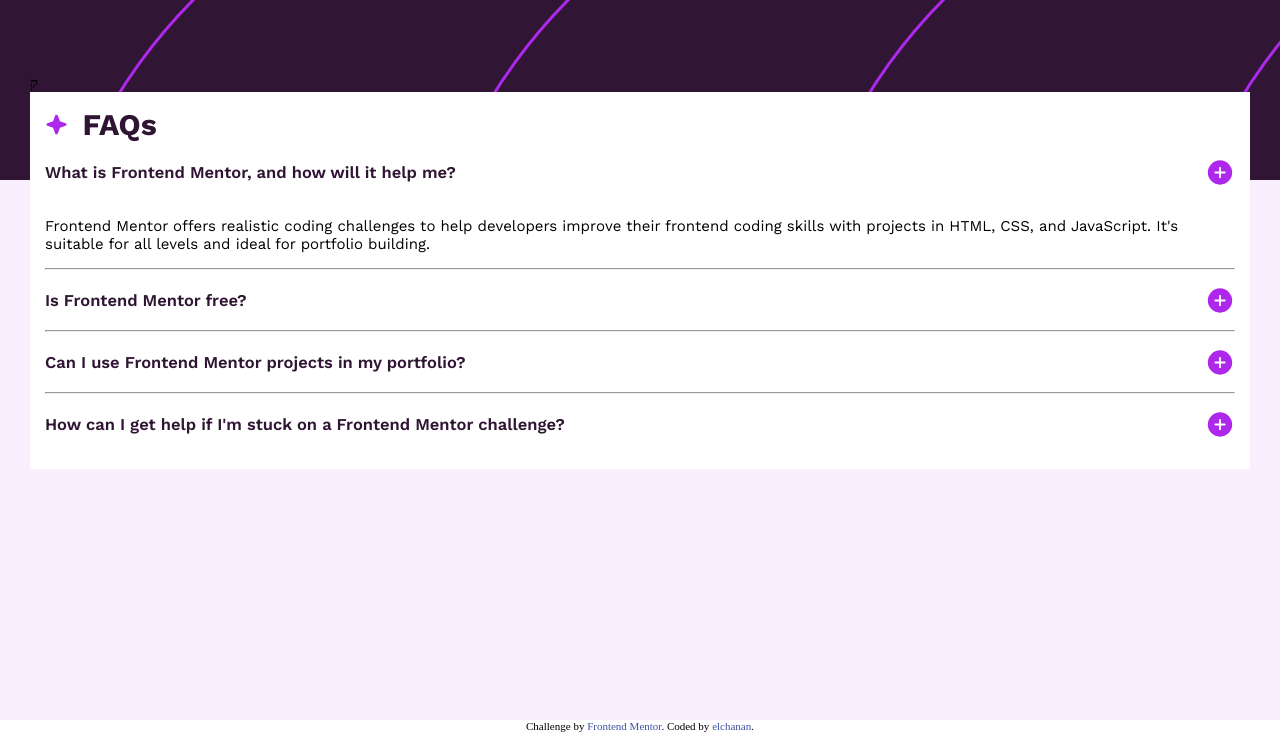
Repository: elchananChen/frontend-mentor-projects
Page: 2024/10/faQs/index.html
These files come from the project's save history. The page is drawn as it stood at one moment and after the next save; the edit follows.
The browser window is 1280 px wide. The pictures show the whole page.

Above is the page before, as saved 2024-10-15 19:22:56.

After the next save:
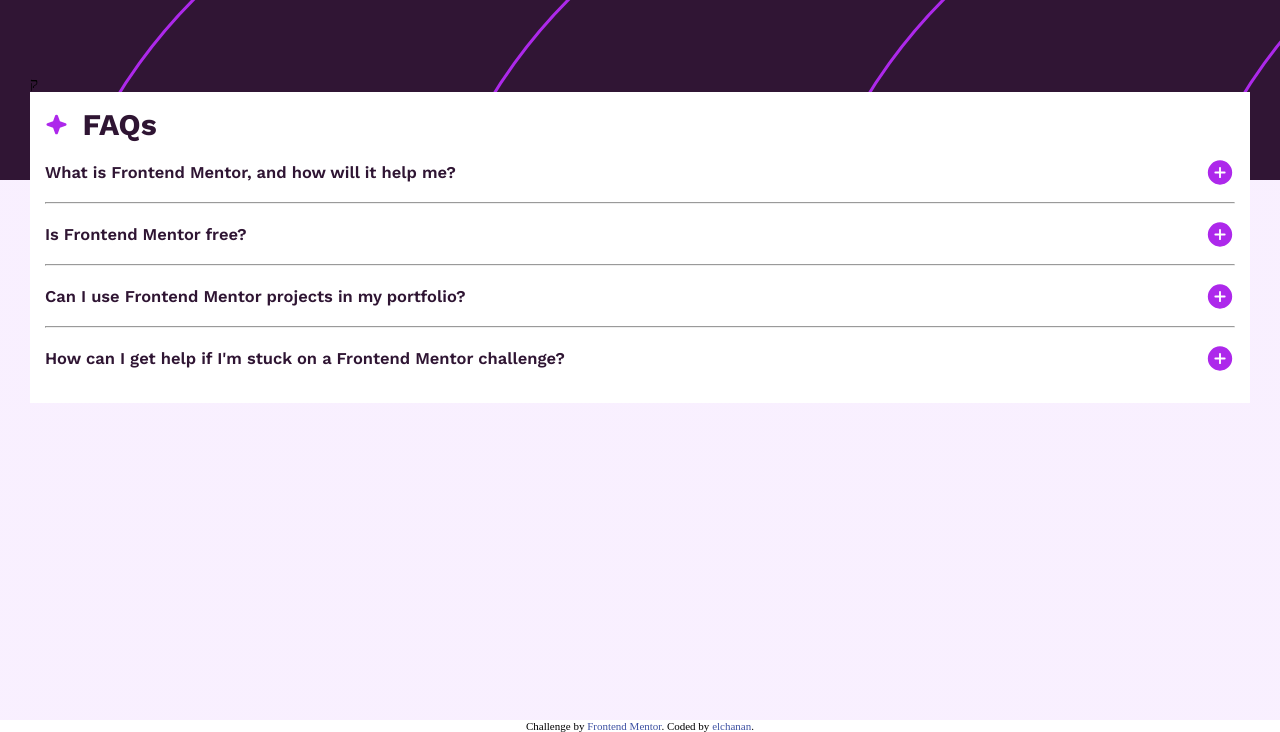
Saved 19 s later.
--- a/2024/10/faQs/index.html
+++ b/2024/10/faQs/index.html
@@ -54,7 +54,7 @@
                 </div>
               </div>
             </div>
-            <p class="p">
+            <p class="p hidden">
               Frontend Mentor offers realistic coding challenges to help
               developers improve their frontend coding skills with projects in
               HTML, CSS, and JavaScript. It's suitable for all levels and ideal

After the 5 saves that followed:
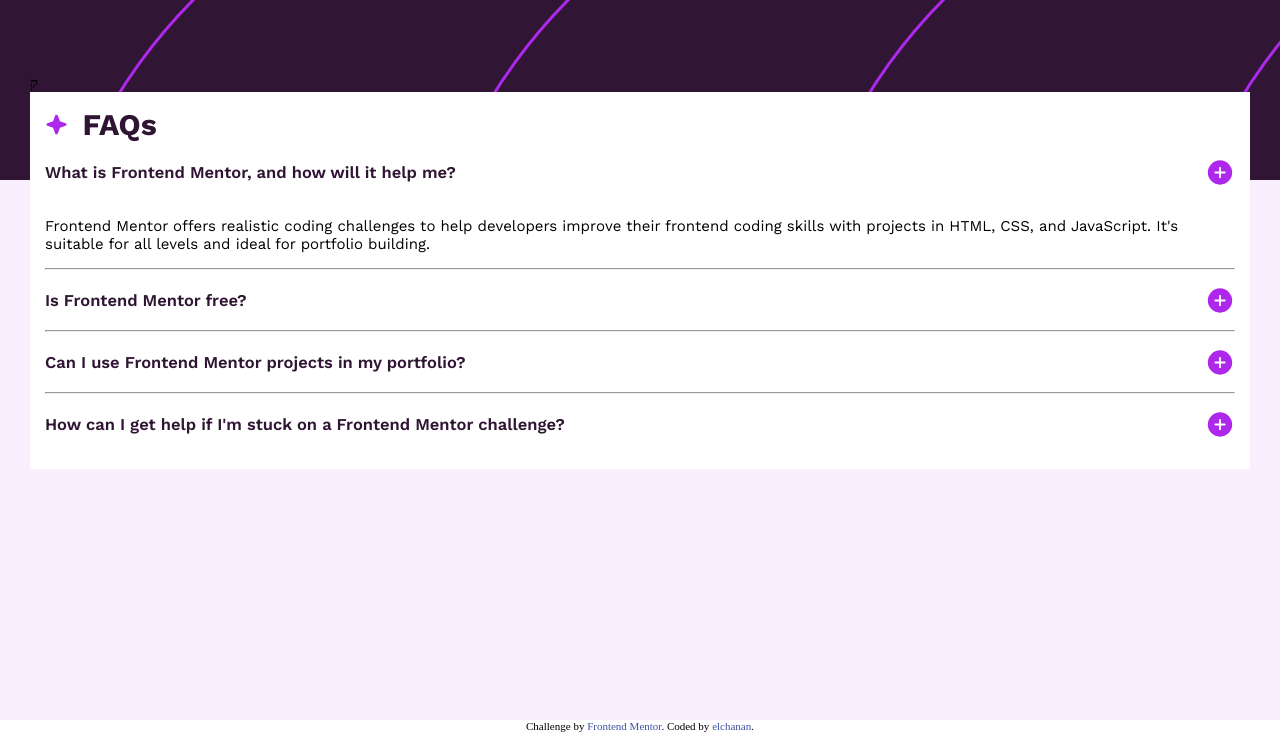
The 5 saves are shown as one change because 4 left the picture as it was.
The last was saved 10 min 32 s later.
--- a/2024/10/faQs/index.html
+++ b/2024/10/faQs/index.html
@@ -54,7 +54,7 @@
                 </div>
               </div>
             </div>
-            <p class="p hidden">
+            <p class="p">
               Frontend Mentor offers realistic coding challenges to help
               developers improve their frontend coding skills with projects in
               HTML, CSS, and JavaScript. It's suitable for all levels and ideal
--- a/2024/10/faQs/css/utilities.css
+++ b/2024/10/faQs/css/utilities.css
@@ -4,6 +4,3 @@
 .hidden {
   display: none;
 }
-.transform {
-  transform: scale(1);
-}
